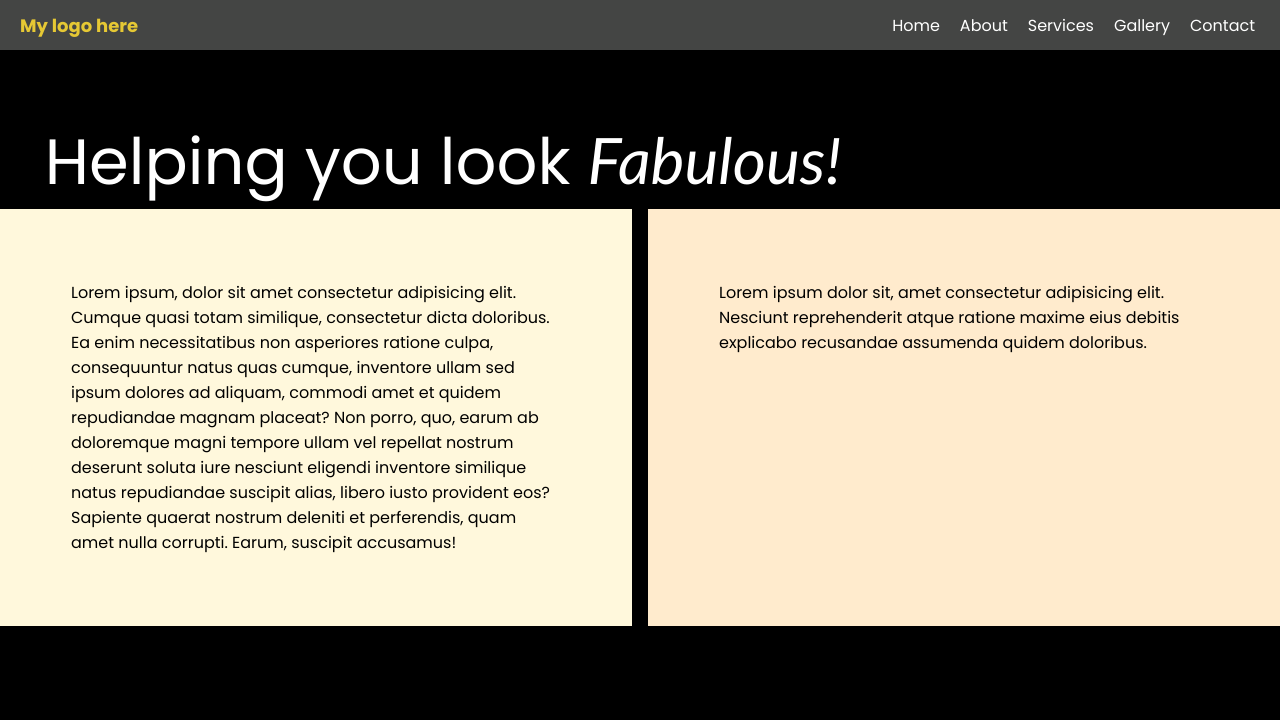
Repository: buzzedison/gardens
Page: index.html
An editor plug-in stored every save of this project. The page is shown before and after the next save, followed by the edit.
The browser window is 1280 px wide. The pictures show the whole page.

Above is the page before, as saved 2022-01-12 18:16:16.

After the next save:
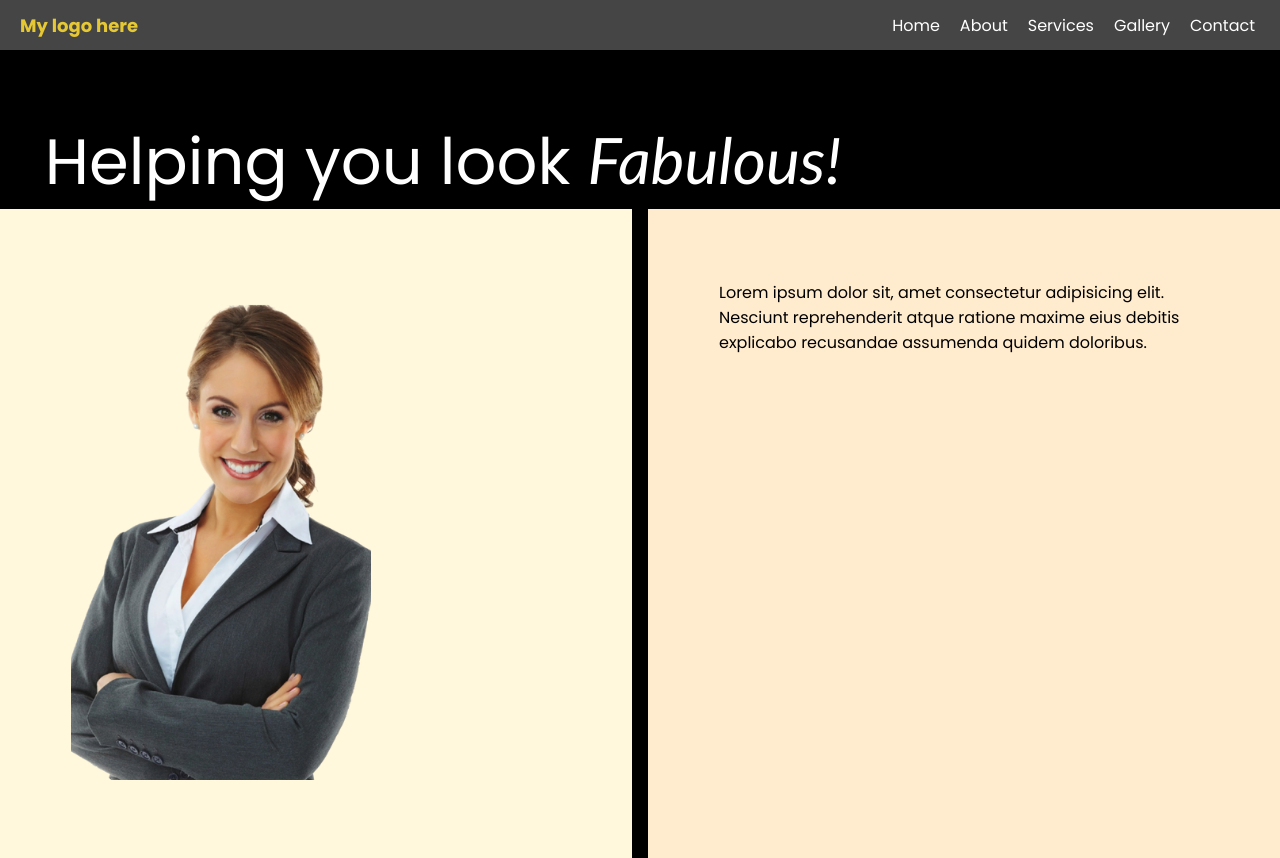
Saved 69 min 18 s later.
--- a/index.html
+++ b/index.html
@@ -43,16 +43,7 @@
                 <p class="section-title">Helping you look  <span id="fab">Fabulous!</span></p>
                 <div class="grid">
                     <div>
-                        <p class="text-grid">Lorem ipsum, dolor sit amet consectetur adipisicing elit.
-                         Cumque quasi totam similique, consectetur dicta doloribus.
-                         Ea enim necessitatibus non asperiores ratione culpa,
-                         consequuntur natus quas cumque, inventore ullam sed ipsum
-                         dolores ad aliquam, commodi amet et quidem repudiandae magnam placeat?
-                          Non porro, quo, earum ab doloremque magni tempore ullam vel repellat
-                          nostrum deserunt soluta iure nesciunt eligendi inventore similique
-                          natus repudiandae suscipit alias, libero iusto provident eos?
-                           Sapiente quaerat nostrum deleniti et perferendis,
-                        quam amet nulla corrupti. Earum, suscipit accusamus!
+                        <p class="text-grid"><img src="images/woman.png">
 
                     </div>
 
